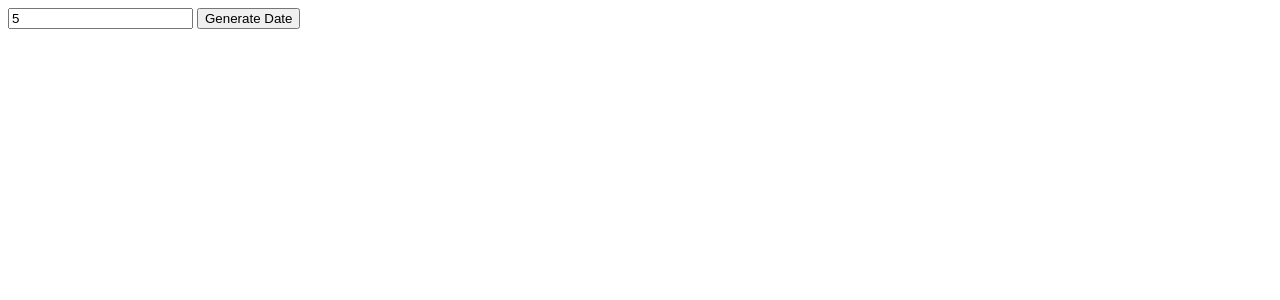
Repository: jfjadloc/jfjadloc.github.io
Page: Timestamp/index.html
An editor plug-in stored every save of this project. The page is shown before and after the next save, followed by the edit.
The browser window is 1280 px wide. The pictures show the whole page.
Empty fields were first filled with sample values (such as "Sample", 5 or name@example.com).
After loading, the first visible `#myBtn` was clicked once.

Above is the page before, as saved 2022-02-27 20:52:58.

### Timestamp/index.html
<!DOCTYPE html>
<html lang="en">
<head>
    <meta charset="UTF-8">
    <meta http-equiv="X-UA-Compatible" content="IE=edge">
    <meta name="viewport" content="width=device-width, initial-scale=1.0">
    <title>Time Stamp Generator</title>
</head>
<body>
    <input type="number" name="date_input" id="date_input">
    <button id="myBtn" onclick="displayDate()">Generate Date</button>

    <p id="answer"></p>
</body>

<script>
    function displayDate() {
        var ST = document.getElementById("date_input").innerHTML;
        document.getElementById("answer").innerHTML = ST;
    }
</script>

</html>

After the next save:
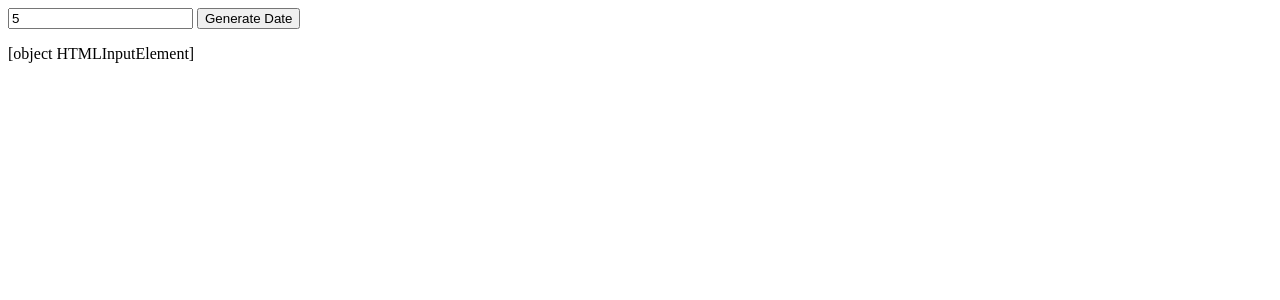
Saved 26 s later.
--- a/Timestamp/index.html
+++ b/Timestamp/index.html
@@ -15,7 +15,7 @@
 
 <script>
     function displayDate() {
-        var ST = document.getElementById("date_input").innerHTML;
+        var ST = document.getElementById("date_input");
         document.getElementById("answer").innerHTML = ST;
     }
 </script>

After the save that followed:
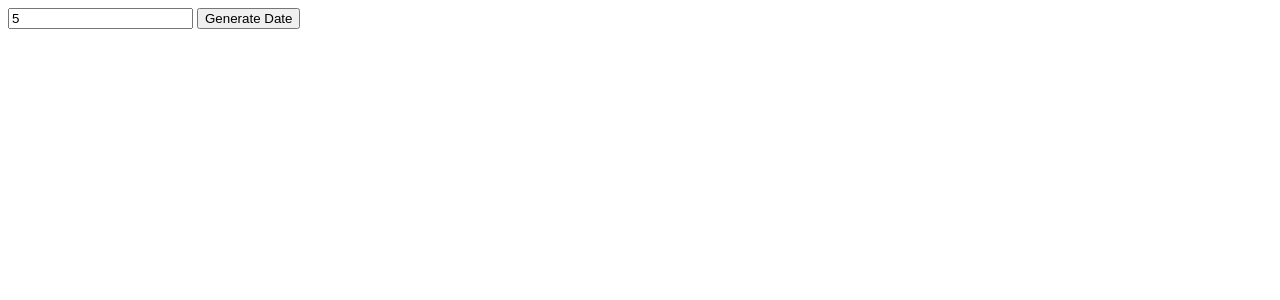
Saved 17 s later.
--- a/Timestamp/index.html
+++ b/Timestamp/index.html
@@ -15,7 +15,7 @@
 
 <script>
     function displayDate() {
-        var ST = document.getElementById("date_input");
+        var ST = document.getElementById("date_input").innerText;
         document.getElementById("answer").innerHTML = ST;
     }
 </script>
